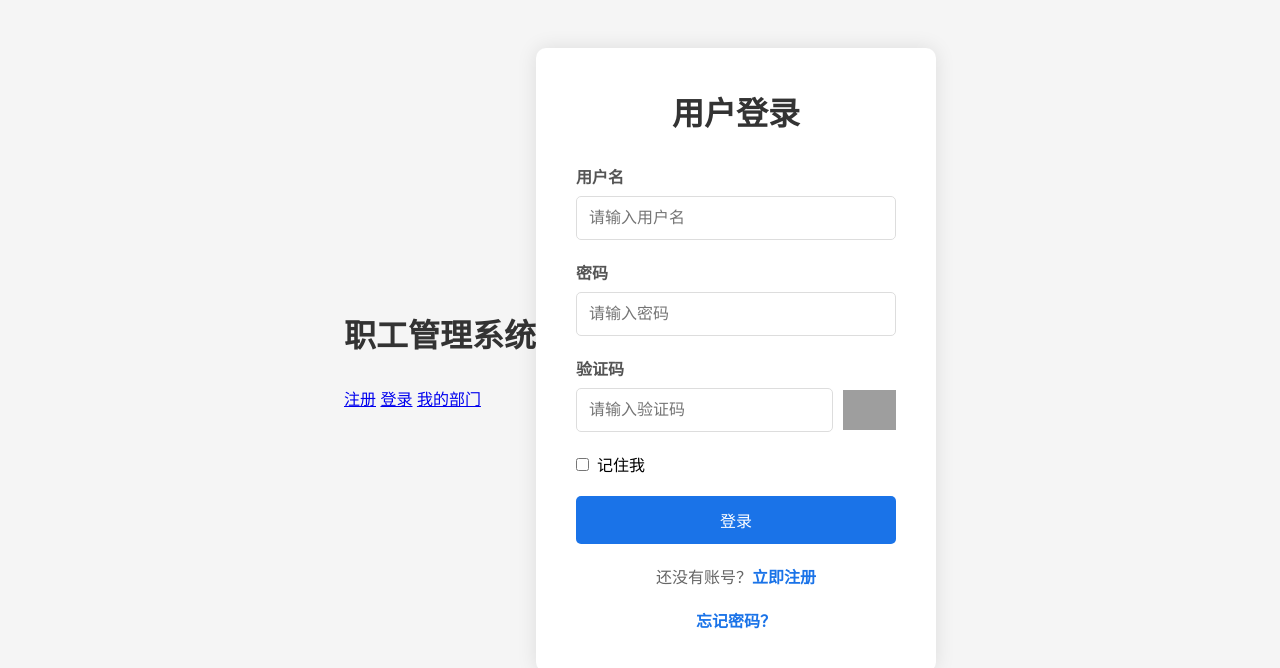
Repository: Jiege005/mytest-software-project
Page: mytest/WebContent/login.html
The author's editor kept a copy of each file at every save. The page is drawn from the files as they stood at one save, then again after the next save.
The browser window is 1280 px wide. The pictures show the whole page.
Pictures or frames that could not be fetched are drawn as grey boxes.

Above is the page before, as saved 2025-06-18 13:53:44.

### mytest/WebContent/login.html
<!DOCTYPE html>
<html lang="zh-CN">
<head>
    <meta charset="UTF-8">
    <meta name="viewport" content="width=device-width, initial-scale=1.0">
    <title>用户登录</title>
    <style>
        * {
            margin: 0;
            padding: 0;
            box-sizing: border-box;
            font-family: 'Arial', sans-serif;
        }

        body {
            background-color: #f5f5f5;
            display: flex;
            justify-content: center;
            align-items: center;
            min-height: 100vh;
        }

        .container {
            width: 100%;
            max-width: 400px;
            background: #fff;
            border-radius: 10px;
            box-shadow: 0 0 20px rgba(0, 0, 0, 0.1);
            overflow: hidden;
        }

        .form-container {
            padding: 40px;
        }

        h1 {
            text-align: center;
            margin-bottom: 30px;
            color: #333;
        }

        .form-group {
            margin-bottom: 20px;
        }

        .form-group label {
            display: block;
            margin-bottom: 8px;
            color: #555;
            font-weight: bold;
        }

        .form-group input {
            width: 100%;
            padding: 12px;
            border: 1px solid #ddd;
            border-radius: 5px;
            font-size: 16px;
            transition: border 0.3s;
        }

        .form-group input:focus {
            border-color: #4CAF50;
            outline: none;
        }

        .btn {
            width: 100%;
            padding: 12px;
            background-color: #1a73e8;
            color: white;
            border: none;
            border-radius: 5px;
            font-size: 16px;
            cursor: pointer;
            transition: background-color 0.3s;
        }

        .btn:hover {
            background-color: #1a73e8;
        }

        .switch-form {
            text-align: center;
            margin-top: 20px;
            color: #666;
        }

        .switch-form a {
            color: #1a73e8;
            text-decoration: none;
            font-weight: bold;
        }

        .switch-form a:hover {
            text-decoration: underline;
        }

        .remember-me {
            display: flex;
            align-items: center;
            margin-bottom: 20px;
        }

        .remember-me input {
            margin-right: 8px;
        }
    </style>
</head>
<body>
	<!-- Header -->
    <header>
        <div class="header-container">
            <div class="logo">
                <i class="fas fa-users logo-icon"></i>
                <h1>职工管理系统</h1>
            </div>
            <nav class="nav-links">
                <a href="#"><i class="fas fa-user-plus"></i> 注册</a>
                <a href="#"><i class="fas fa-sign-in-alt"></i> 登录</a>
                <a href="#"><i class="fas fa-building"></i> 我的部门</a>
            </nav>
        </div>
    </header>
    <div class="container">
        <div class="form-container">
            <h1>用户登录</h1>
            <form action="/login" method="POST">
                <div class="form-group">
                    <label for="username">用户名</label>
                    <input type="text" id="username" name="username" placeholder="请输入用户名" required>
                </div>
                <div class="form-group">
                    <label for="password">密码</label>
                    <input type="password" id="password" name="password" placeholder="请输入密码" required>
                </div>
                <div class="form-group">
				    <label for="captcha">验证码</label>
				    <div style="display: flex; align-items: center; gap: 10px;">
				        <input type="text" id="captcha" name="captcha" placeholder="请输入验证码" required
				               style="flex: 1; min-width: 0;">
				        <img src="/captcha" alt="验证码" id="captcha-image"
				             style="height: 40px; cursor: pointer;"
				             onclick="refreshCaptcha()">
				    </div>
				</div>
                <div class="remember-me">
                    <input type="checkbox" id="remember" name="remember">
                    <label for="remember">记住我</label>
                </div>
                <button type="submit" class="btn">登录</button>
            </form>
            <div class="switch-form">
                还没有账号？<a href="register.html">立即注册</a>
            </div>
            <div class="switch-form">
                <a href="forgot-password.html">忘记密码？</a>
            </div>
        </div>
    </div>
	<script>
	    // 刷新验证码
	    function refreshCaptcha() {
	        document.getElementById('captcha-image').src = '/captcha?t=' + new Date().getTime();
	    }

	    // 页面加载时初始化验证码
	    window.onload = function() {
	        refreshCaptcha();
	    };
	</script>
</body>
</html>

After the next save:
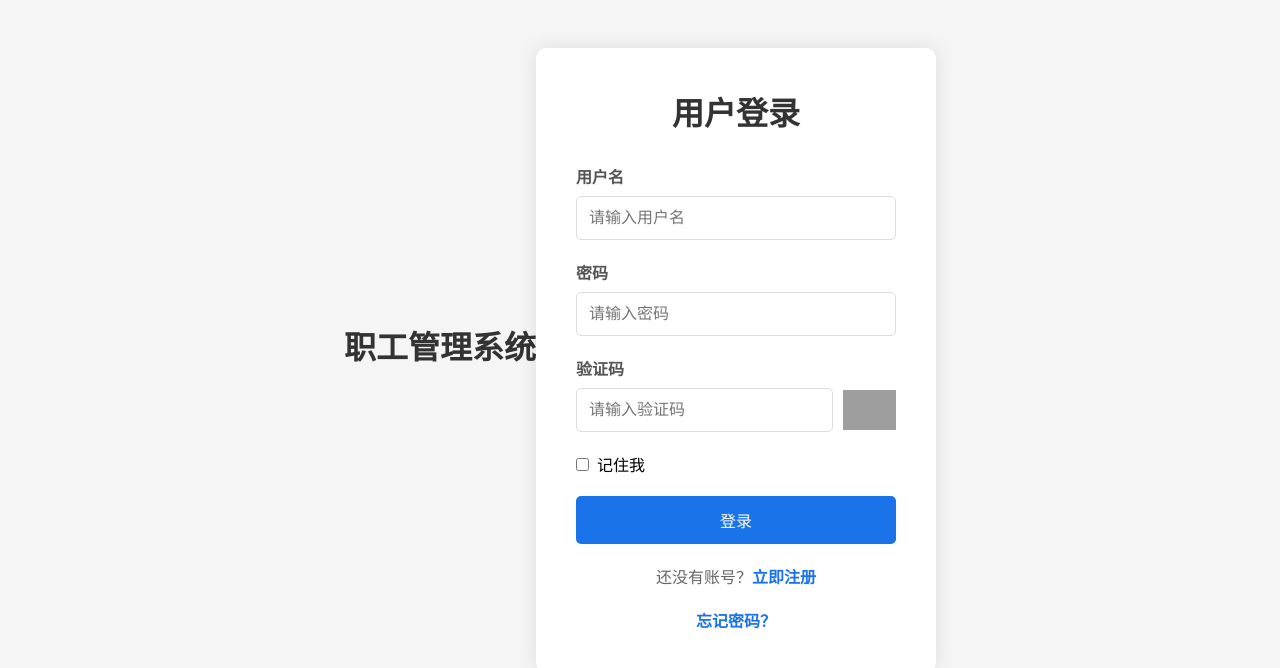
Saved 13 s later.
--- a/mytest/WebContent/login.html
+++ b/mytest/WebContent/login.html
@@ -115,11 +115,6 @@
                 <i class="fas fa-users logo-icon"></i>
                 <h1>职工管理系统</h1>
             </div>
-            <nav class="nav-links">
-                <a href="#"><i class="fas fa-user-plus"></i> 注册</a>
-                <a href="#"><i class="fas fa-sign-in-alt"></i> 登录</a>
-                <a href="#"><i class="fas fa-building"></i> 我的部门</a>
-            </nav>
         </div>
     </header>
     <div class="container">
